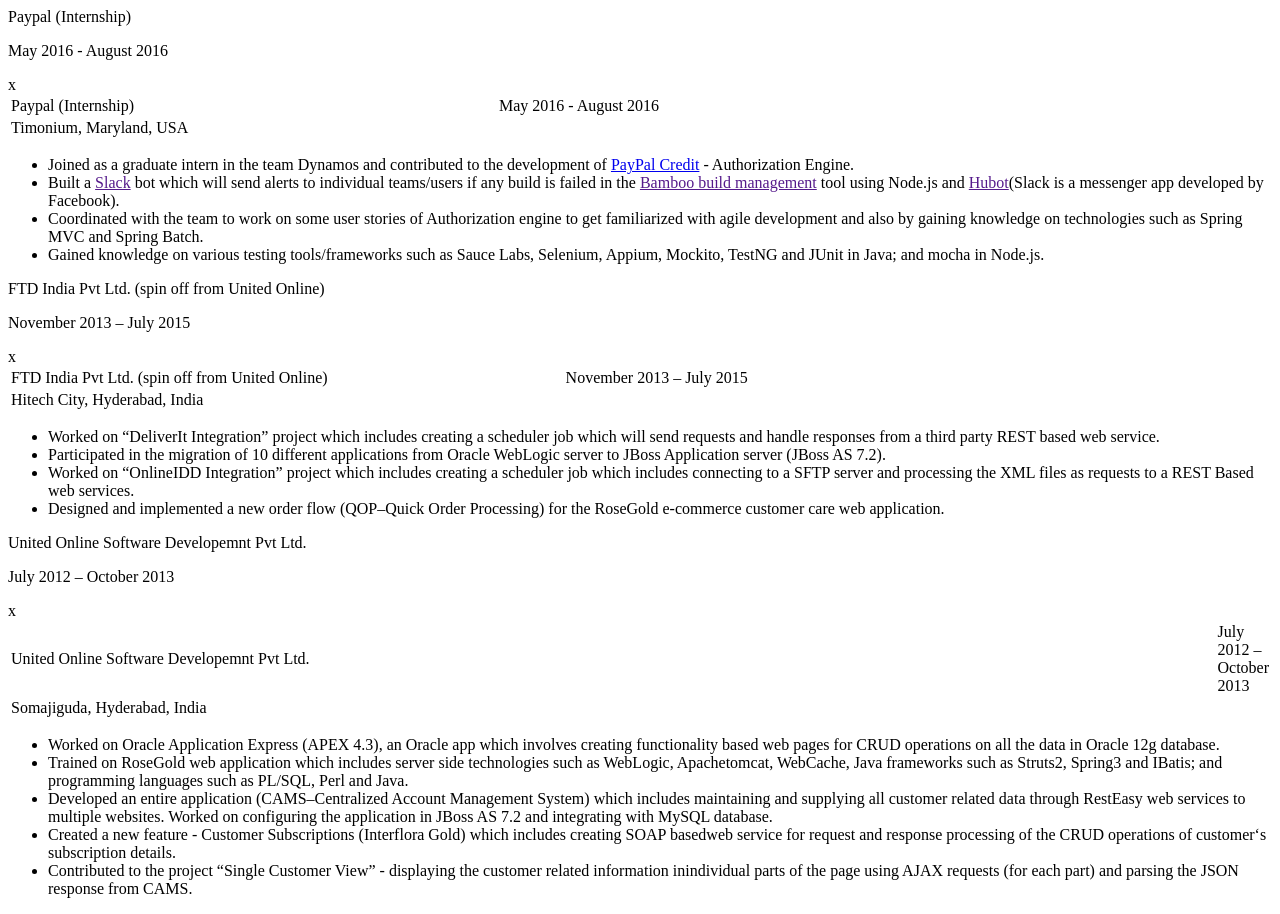
Repository: phanindrakannaji/Resume
Page: http://localhost/application/pages/experience.php
An editor plug-in stored every save of this project. The page is shown before and after the next save, followed by the edit.
The browser window is 1280 px wide. The pictures show the whole page.
The page is run by PHP 8.4 with error messages shown; the project is at /var/www/html/.

Above is the page before, as saved 2016-09-25 19:03:33.
Console error: ReferenceError: $ is not defined

After the next save:
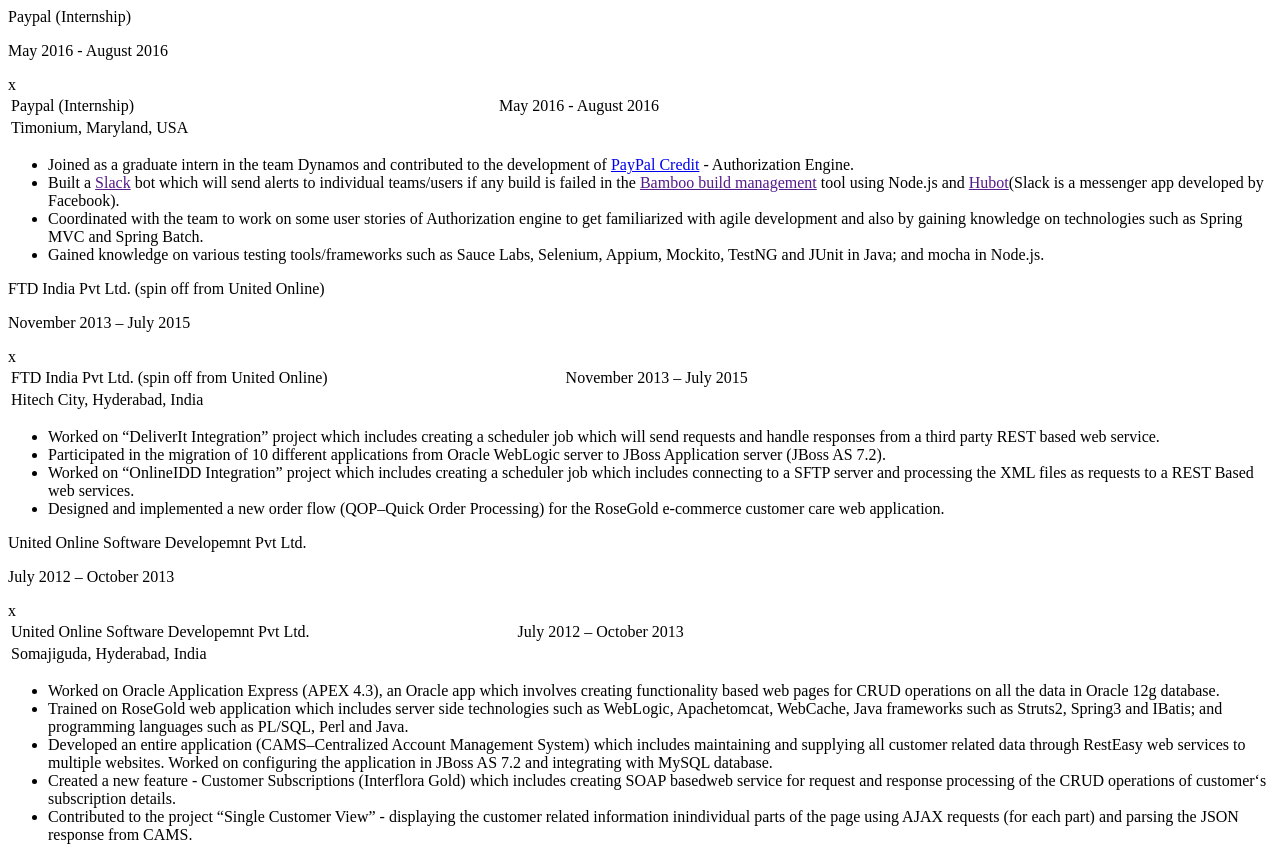
Saved 25 s later.
--- a/Resume/application/pages/experience.php
+++ b/Resume/application/pages/experience.php
@@ -91,11 +91,11 @@
 			<span class="close">x</span>
 			<table>
 				<tr>
-					<td class="customfont2 normaltext" width="75%">United Online Software Developemnt Pvt Ltd.</td>
-					<td class="customfont2 normaltext" width="25%">July 2012 – October 2013</td>
+					<td class="customfont2 smalltext" width="75%">United Online Software Developemnt Pvt Ltd.</td>
+					<td class="customfont2 smalltext" width="25%">July 2012 – October 2013</td>
 				</tr>
 				<tr>
-					<td width="100%" class="customfont2 normaltext">Somajiguda, Hyderabad, India</td>
+					<td class="customfont2 smalltext">Somajiguda, Hyderabad, India</td>
 				</tr>
 			</table>
 			<ul>
